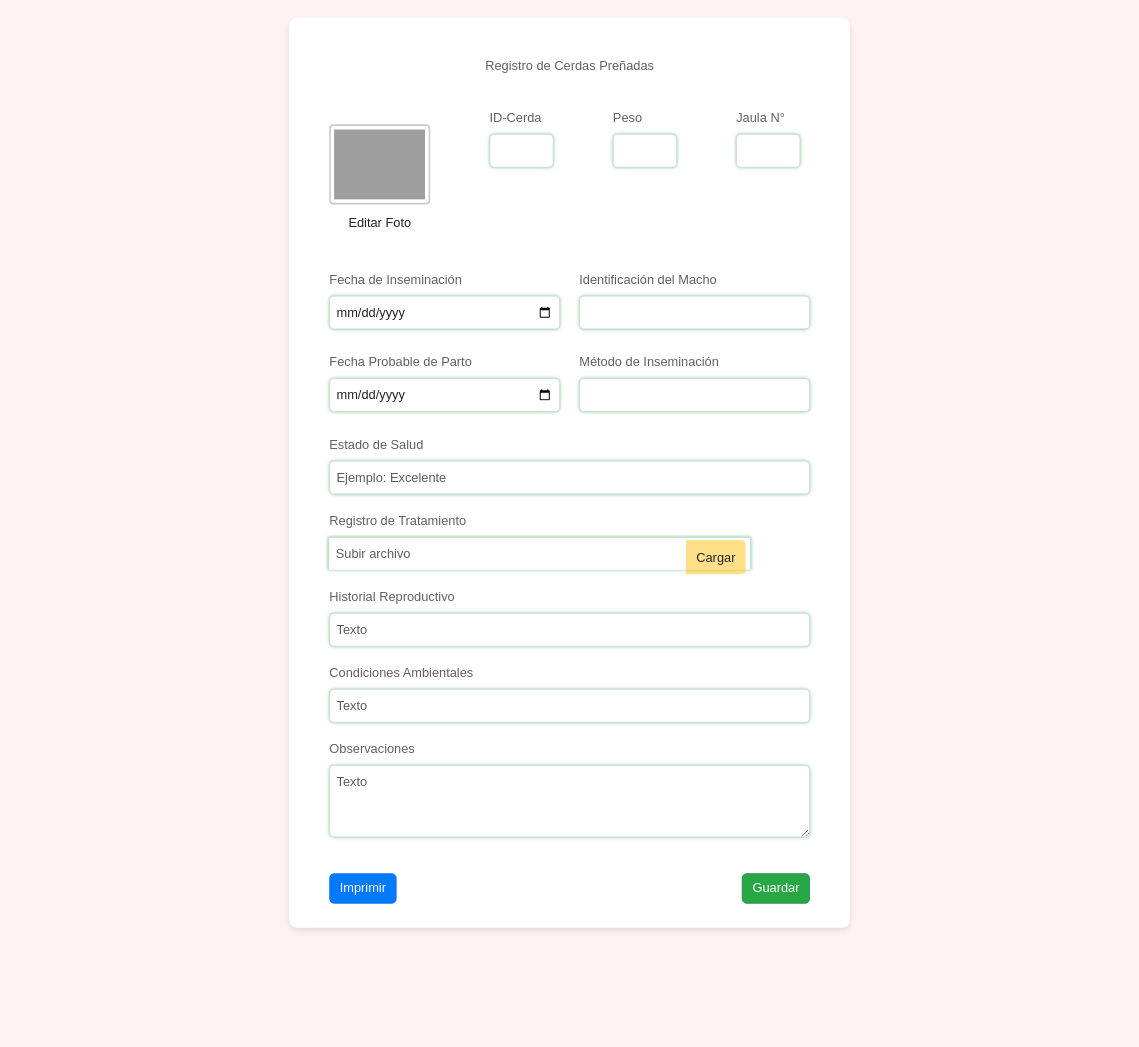
Repository: Mateojimenezz/Granja-Santa-Helena
Page: fomularioRegHembrasPreñadas.html
These files come from the project's save history. The page is drawn as it stood at one moment and after the next save; the edit follows.
The browser window is 1280 px wide. The pictures show the whole page, at 89% of full size.
Pictures or frames that could not be fetched are drawn as grey boxes. Some web fonts or font styles are not loaded; a fallback is used.

Above is the page before, as saved 2025-04-29 11:04:43.

After the next save:
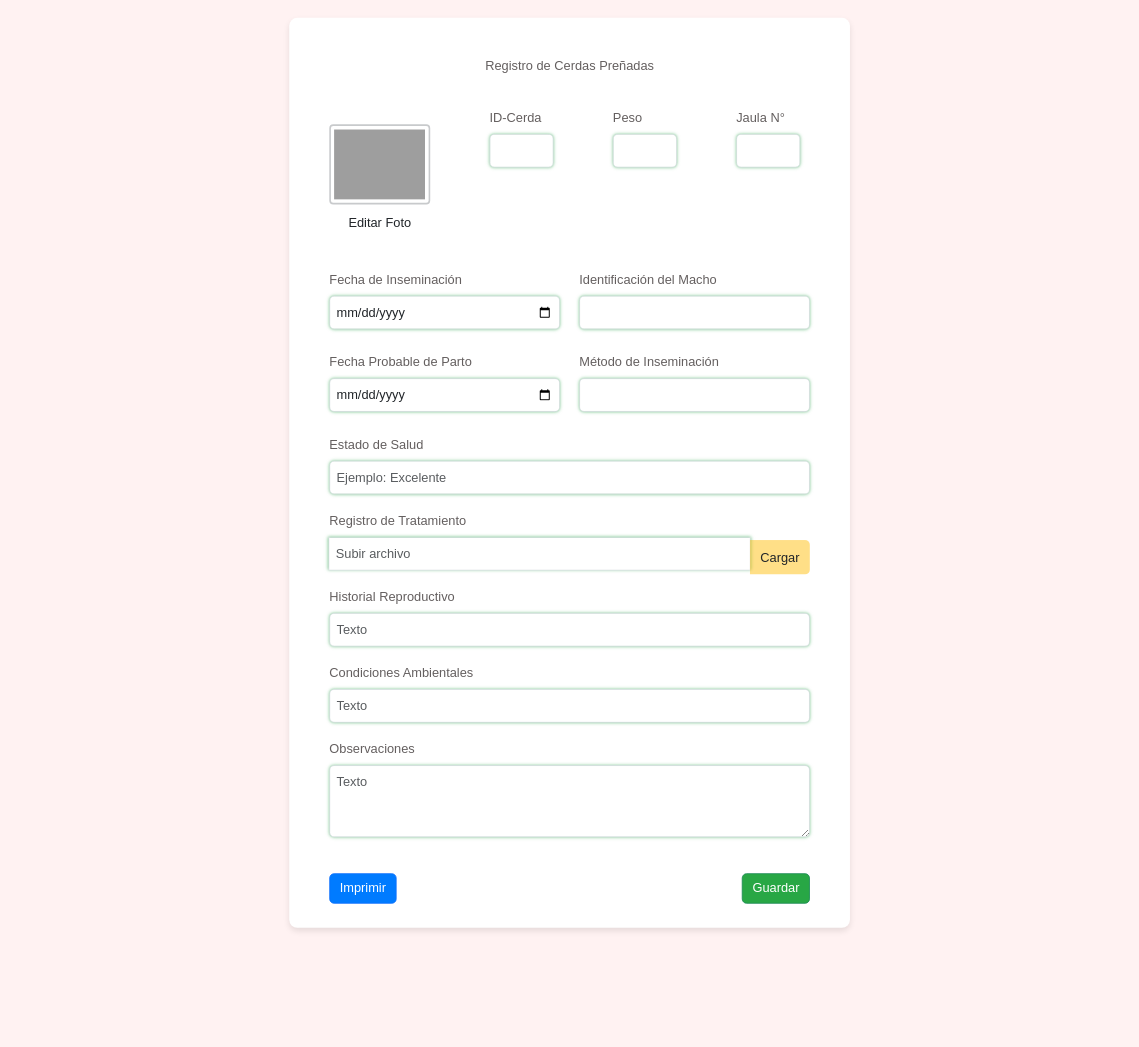
Saved 4 s later.
--- a/assets/css/fomularioRegHembrasPreñadas.css
+++ b/assets/css/fomularioRegHembrasPreñadas.css
@@ -68,7 +68,7 @@ body {
   .btn-tratamiento{
     position: absolute;
     top: 0px;
-    right:80px;
+    right:0px;
     background-color: var(  --color-Botones);
 
   }
